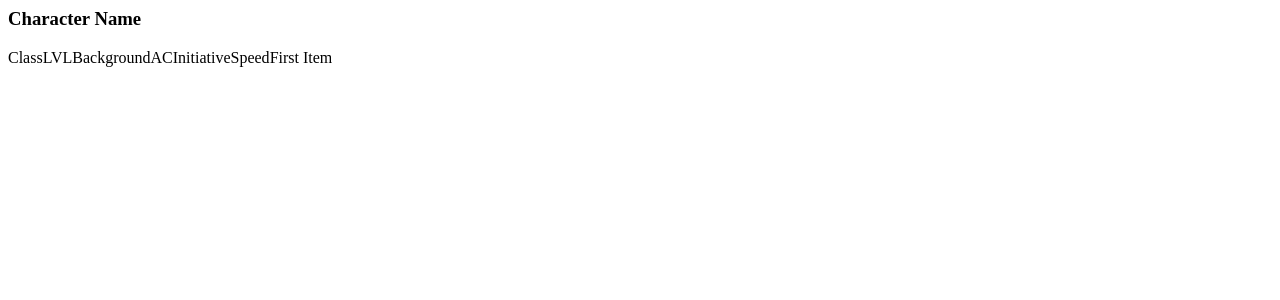
Repository: JaxonAtBYUI/characterSheet
Page: src/partials/dashboard_item.html
These files come from the project's save history. The page is drawn as it stood at one moment and after a run of saves; the edit follows.
The browser window is 1280 px wide. The pictures show the whole page.

Above is the page before, as saved 2022-12-05 13:37:14.

### src/partials/dashboard_item.html
<div class="character__item">
   <div class="name"><h3>Character Name</h3></div>
   <div class="character__info">
     <span>Class</span><span>LVL</span><span>Background</span><span>AC</span><span>Initiative</span><span>Speed</span><span>First Item</span>
   </div>
</div>

After the next 2 saves:
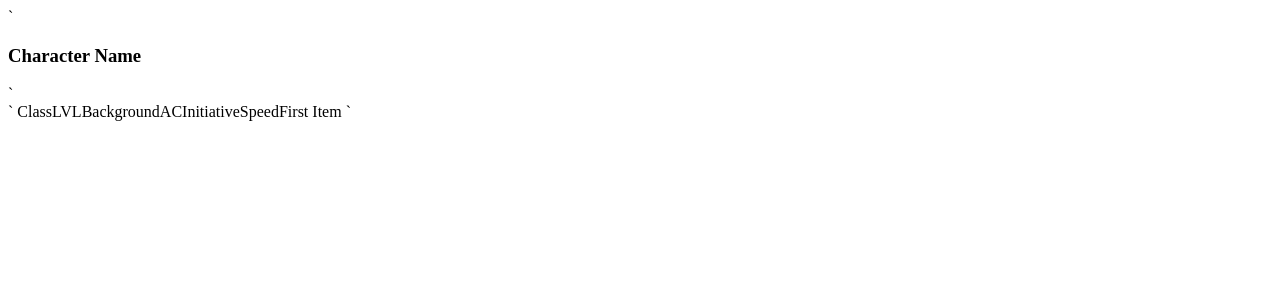
The 2 saves are shown as one change because they came seconds apart.
The last was saved 7 s later.
--- a/src/partials/dashboard_item.html
+++ b/src/partials/dashboard_item.html
@@ -1,6 +1,6 @@
 <div class="character__item">
-   <div class="name"><h3>Character Name</h3></div>
-   <div class="character__info">
-     <span>Class</span><span>LVL</span><span>Background</span><span>AC</span><span>Initiative</span><span>Speed</span><span>First Item</span>
-   </div>
+` <div class="name"><h3>Character Name</h3></div>
+` <div class="character__info">
+`   <span>Class</span><span>LVL</span><span>Background</span><span>AC</span><span>Initiative</span><span>Speed</span><span>First Item</span>
+` </div>
 </div>

After the 2 saves that followed:
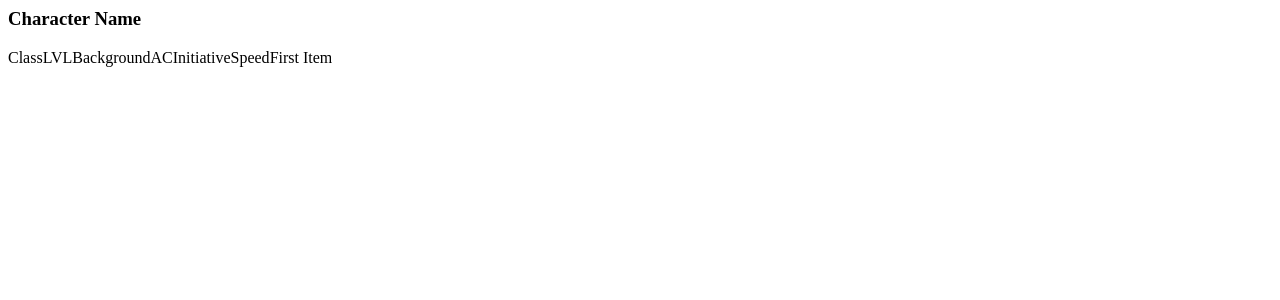
The 2 saves are shown as one change because they came seconds apart.
The last was saved 6 s later.
--- a/src/partials/dashboard_item.html
+++ b/src/partials/dashboard_item.html
@@ -1,6 +1,6 @@
 <div class="character__item">
-` <div class="name"><h3>Character Name</h3></div>
-` <div class="character__info">
-`   <span>Class</span><span>LVL</span><span>Background</span><span>AC</span><span>Initiative</span><span>Speed</span><span>First Item</span>
-` </div>
+  <div class="name"><h3>Character Name</h3></div>
+  <div class="character__info">
+    <span>Class</span><span>LVL</span><span>Background</span><span>AC</span><span>Initiative</span><span>Speed</span><span>First Item</span>
+  </div>
 </div>
